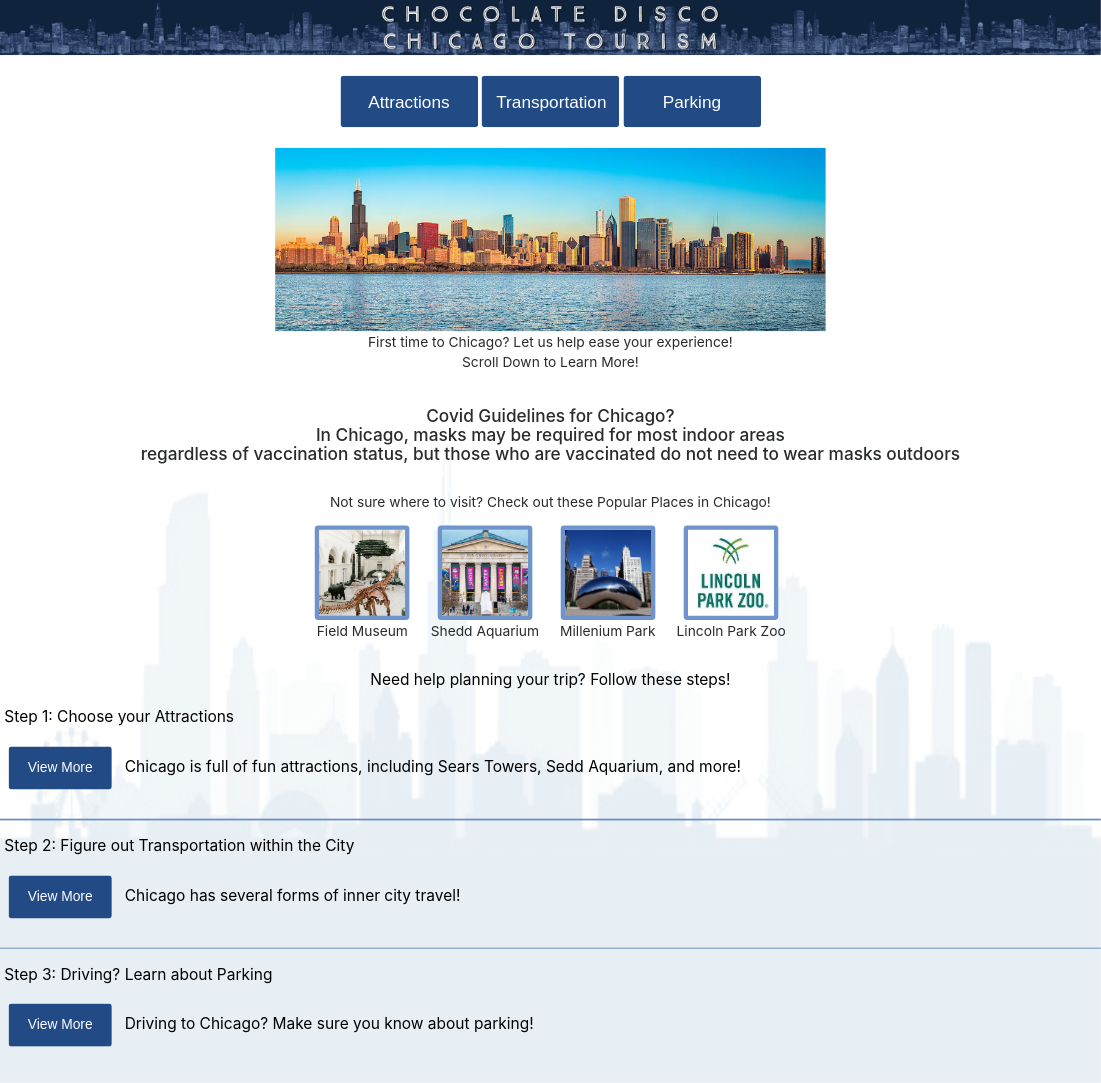
Repository: rkodit2/cs422project
Page: homepage.html
These files come from the project's save history. The page is drawn as it stood at one moment and after the next save; the edit follows.
The browser window is 1280 px wide. The pictures show the whole page, at 86% of full size.

Above is the page before, as saved 2021-11-26 14:17:21.

### homepage.html
<!DOCTYPE html>
<html>
  <head>
  <meta charset="utf-8">
  <meta name="viewport" content="width=device-width, initial-scale=1.0">


  <title>Chocolate Disco Chicago Tourism</title>
  <link rel="stylesheet" href=
  "https://maxcdn.bootstrapcdn.com/bootstrap/4.0.0-alpha.6/css/bootstrap.css">


    <link rel="stylesheet" href="homepage.css">

  </head>


  <body style="background-image:url('pictures/background5.jpg');background-position: 0px 0px; background-repeat: no-repeat;background-size: 100% 100%;">

    <div id="banner">
      <img src="pictures/bannerCopy2.jpg" alt="mainpage banner" style = "width: 100%;" title = "Chocolate Disco Chicago Tourism Homepage" class = "center" onclick="location.href='homepage.html';">
    </div>

    <br>

    <div class= "button-center">
      <button type ="button" id="Attractions" class="btn" onclick="location.href='attractions.html';" style="width: 160px; height: 60px; font-size: 20px; background-color: rgb(34, 74, 133); color: white;" onmouseenter = "this.style.backgroundColor = 'rgb(111, 148, 204)'" onmouseleave="style.backgroundColor = 'rgb(34, 74, 133)'"> Attractions </button>
      <button type ="button" id="Transportation" class="btn" onclick="location.href='transportation.html';" style="width: 160px; height: 60px; font-size: 20px; background-color: rgb(34, 74, 133); color: white;" onmouseenter = "this.style.backgroundColor = 'rgb(111, 148, 204)'" onmouseleave="style.backgroundColor = 'rgb(34, 74, 133)'"> Transportation </button>
      <button type ="button" id="Parking" class="btn" onclick="location.href='parking.html';" style="width: 160px; height: 60px; font-size: 20px; background-color: rgb(34, 74, 133); color: white;" onmouseenter = "this.style.backgroundColor = 'rgb(111, 148, 204)'" onmouseleave="style.backgroundColor = 'rgb(34, 74, 133)'"> Parking </button>
    </div>
    <br>
    <img src="pictures/skyline.jpg" alt="mainpage skyline" class = "center">
    <p style="text-align: center;"> First time to Chicago? Let us help ease your experience! <br> Scroll Down to Learn More!</p>
    <br>
    <h5 style = "text-align: center;">Covid Guidelines for Chicago? <br> In Chicago, masks may be required for most indoor areas <br> regardless of vaccination status, but those who are vaccinated do not need to wear masks outdoors </h5>
    <br>
    <p style="text-align: center;">Not sure where to visit? Check out these Popular Places in Chicago! </p>

    <div class= "button-center">
      <div class = "fm" style = "display: inline-block;  text-align: center; padding-left: 10px; padding-right: 10px;">
        <button type = "button" id = "FM" class="btn" onclick="location.href='fieldMuseum.html';" style = "width: 110px; height: 110px; vertical-align: middle; white-space: normal; background:url('pictures/Field\ Museum.jpg'); background-size: 110px 110px; border: 5px solid rgb(111, 148, 204);  background-repeat: no-repeat; background-position: center;"></button>
        <br>
        <label>Field Museum</label>
    </div>
    <div class = "shedd" style = "display: inline-block;  text-align: center; padding-left: 10px; padding-right: 10px;">
      <button type = "button" id = "Shedd" class="btn" onclick="location.href='sheddAquarium.html';" style = "width: 110px; height: 110px; vertical-align: middle; white-space: normal; background:url('pictures/Shedd-Aquarium-scaled.jpg'); background-size: 110px 110px; border: 5px solid rgb(111, 148, 204);  background-repeat: no-repeat; background-position: center;"> </button>
      <br>
      <label>Shedd Aquarium</label>
    </div>
    <div class = "mp" style = "display: inline-block;  text-align: center; padding-left: 10px; padding-right: 10px;">
      <button type = "button" id = "MP" class="btn" onclick="location.href='millenium.html';" style = "width: 110px; height: 110px; vertical-align: middle; white-space: normal; background:url('pictures/chicago-millenium-park-sculpture.jpg'); background-size: 110px 110px; border: 5px solid rgb(111, 148, 204);  background-repeat: no-repeat; background-position: center;"> </button>
      <br>
      <label>Millenium Park</label>
    </div>
    <div class = "lpz" style = "display: inline-block;  text-align: center; padding-left: 10px; padding-right: 10px;">
      <button type = "button" id = "LPZ" class="btn" onclick="location.href='lincolnParkZoo.html';" style = "width: 110px; height: 110px; vertical-align: middle; white-space: normal; background:url('pictures/download.jfif'); background-size: 110px 110px; border: 5px solid rgb(111, 148, 204);  background-repeat: no-repeat; background-position: center;"></button>
      <br>
      <label>Lincoln Park Zoo</label>
    </div>

    </div>

    <br>

    <p style="font-size: 18px; color: black; text-align: center;"> Need help planning your trip? Follow these steps!</p>

    <p style = "padding-left: 5px; font-size: 18px; color: black;"> Step 1: Choose your Attractions </p>
    <div class= "viewMore">
      <button type ="button" id="VMA" class="btn" onclick="location.href='attractions.html';" style = "width: 120px; height:50px; vertical-align: middle; margin-left: 10px; margin-top: 5px; white-space: normal; background-color: rgb(34, 74, 133); color: white;" onmouseenter = "this.style.backgroundColor = 'rgb(111, 148, 204)'" onmouseleave="style.backgroundColor = 'rgb(34, 74, 133)'"> View More </button>
      <span style = "padding: 15px;">
        <p style="font-size: 18px;  color: black;">Chicago is full of fun attractions, including Sears Towers, Sedd Aquarium, and more! </p>
      </span>
    </div>

    <!-- <br> -->
    <hr style="background-color: rgb(111, 148, 204); height: .5px">

    <p style = "padding-left: 5px; font-size: 18px; color: black;"> Step 2: Figure out Transportation within the City </p>
    <div class= "viewMore">
      <button type ="button" id="VMT" class="btn" onclick="location.href='transportation.html';" style = "width: 120px; height:50px; vertical-align: middle;  margin-left: 10px; margin-top: 5px; white-space: normal; background-color: rgb(34, 74, 133); color: white;" onmouseenter = "this.style.backgroundColor = 'rgb(111, 148, 204)'" onmouseleave="style.backgroundColor = 'rgb(34, 74, 133)'"> View More </button>
      <span style = "padding: 15px;">
        <p style="font-size: 18px;  color: black;"> Chicago has several forms of inner city travel! </p>
      </span>
    </div>

   <!-- <br> -->
    <hr style="background-color:rgb(111, 148, 204); height: .5px">

    <p style = "padding-left: 5px; font-size: 18px; color: black;"> Step 3: Driving? Learn about Parking </p>
    <div class= "viewMore">
      <button type ="button" id="VMP" class="btn" onclick="location.href='parking.html';" style = "width: 120px; height:50px; vertical-align: middle; margin-left: 10px; margin-top: 5px; white-space: normal; background-color: rgb(34, 74, 133); color: white;" onmouseenter = "this.style.backgroundColor = 'rgb(111, 148, 204)'" onmouseleave="style.backgroundColor = 'rgb(34, 74, 133)'"> View More </button>
      <span style = "padding: 15px;">
      <p style="font-size: 18px;  color: black;"> Driving to Chicago? Make sure you know about parking! </p>
      </span>
    </div>
    <br>

    <!-- <br> -->
  </body>
</html>

### homepage.css
.button-center {
    text-align: center;
  }

.viewMore {
    display: flex;
    vertical-align: middle;
}
.center {
  display: block;
  margin-left: auto;
  margin-right: auto;
  width: 50%;
}
.gmap{
  display: flex;
  vertical-align: middle;
}

ul li{
  font-size:20px;
 }

After the next save:
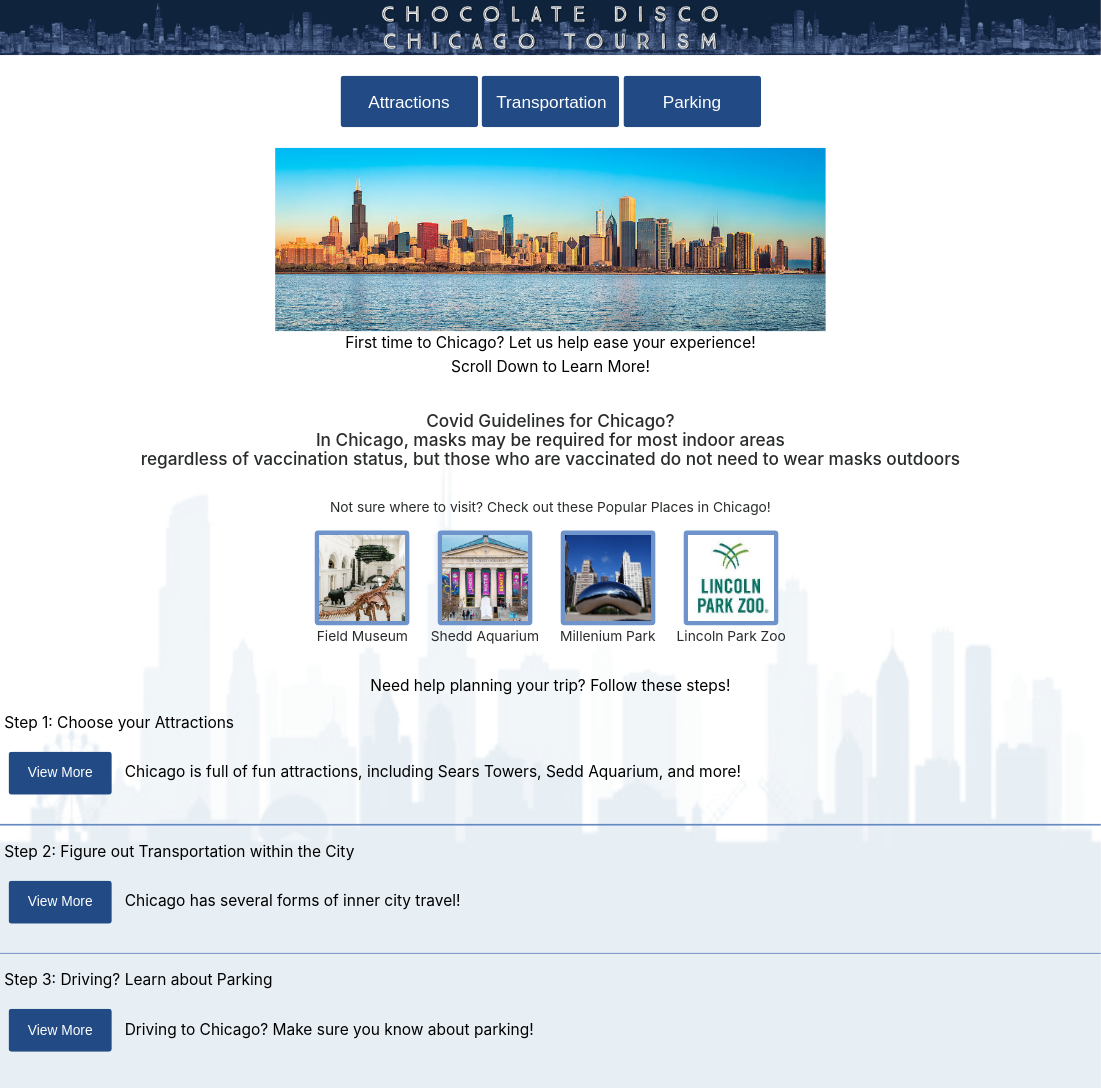
Saved 22 min 21 s later.
--- a/homepage.html
+++ b/homepage.html
@@ -30,7 +30,7 @@
     </div>
     <br>
     <img src="pictures/skyline.jpg" alt="mainpage skyline" class = "center">
-    <p style="text-align: center;"> First time to Chicago? Let us help ease your experience! <br> Scroll Down to Learn More!</p>
+    <p style="font-size: 18px; color: black; text-align: center;""> First time to Chicago? Let us help ease your experience! <br> Scroll Down to Learn More!</p>
     <br>
     <h5 style = "text-align: center;">Covid Guidelines for Chicago? <br> In Chicago, masks may be required for most indoor areas <br> regardless of vaccination status, but those who are vaccinated do not need to wear masks outdoors </h5>
     <br>
